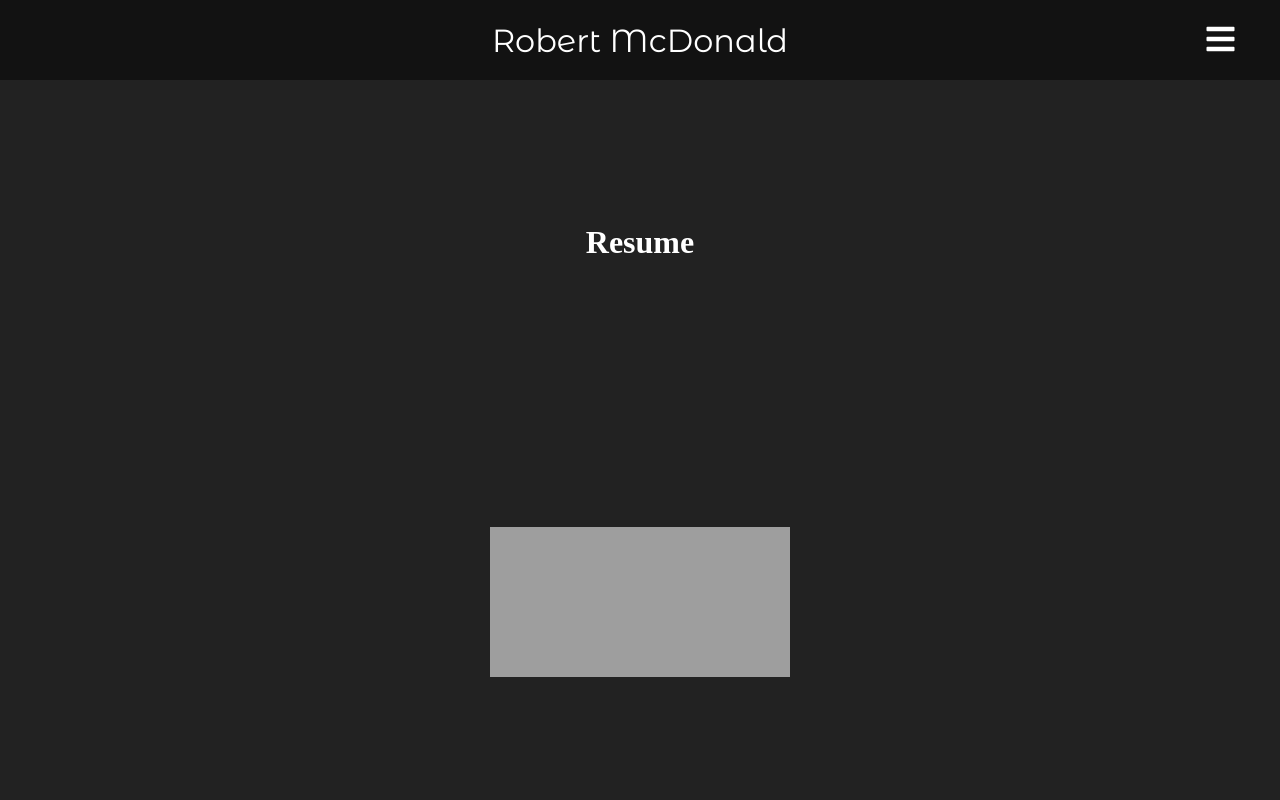
Repository: robbymcd/Digital-Portofolio-Robert-McDonald
Page: resume.html
An editor plug-in stored every save of this project. The page is shown before and after the next save, followed by the edit.
The browser window is 1280 px wide. The pictures show the whole page.
Pictures or frames that could not be fetched are drawn as grey boxes. Some web libraries are served in a nearby version.

Above is the page before, as saved 2022-12-03 18:58:00.

After the next save:
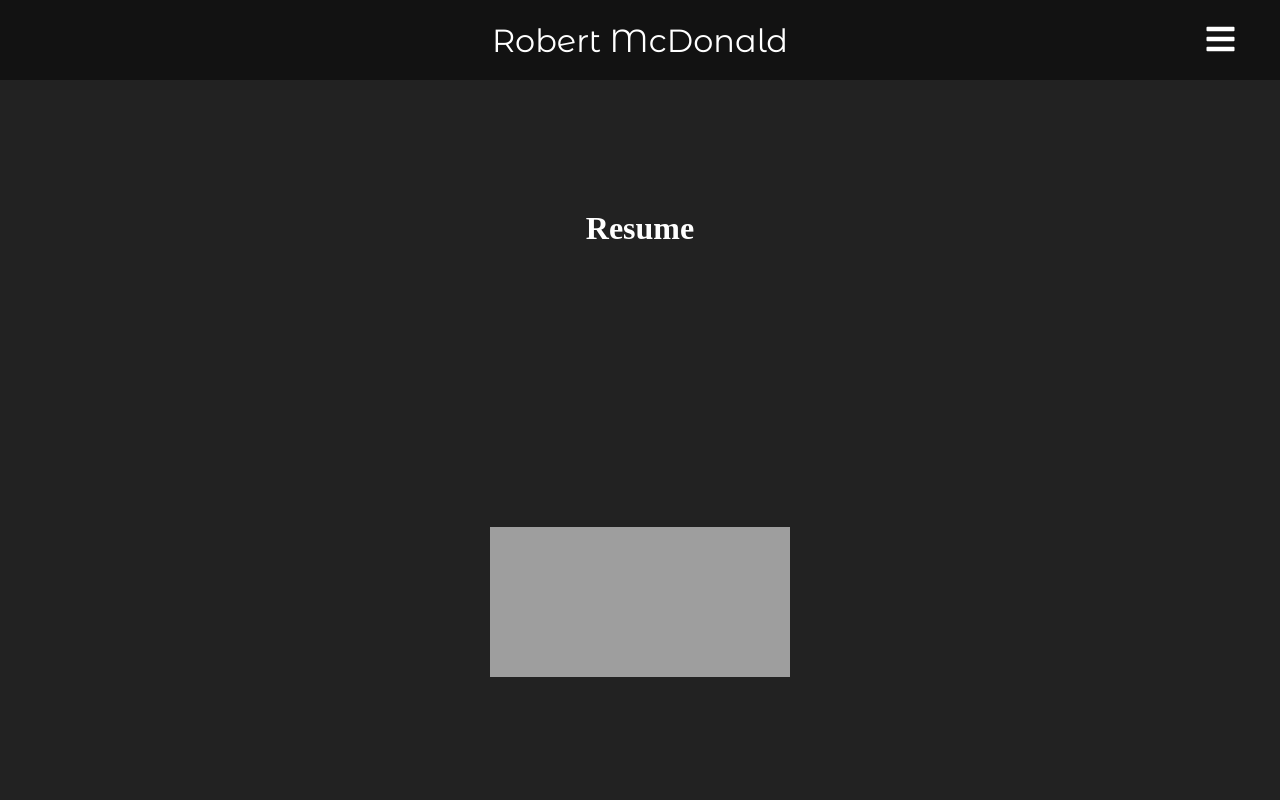
Saved 10 s later.
--- a/styles.css
+++ b/styles.css
@@ -109,7 +109,7 @@ li {
 
 .pdf-container h1 {
     display: flex;
-
+    height: 20%;
 }
 
 iframe {
